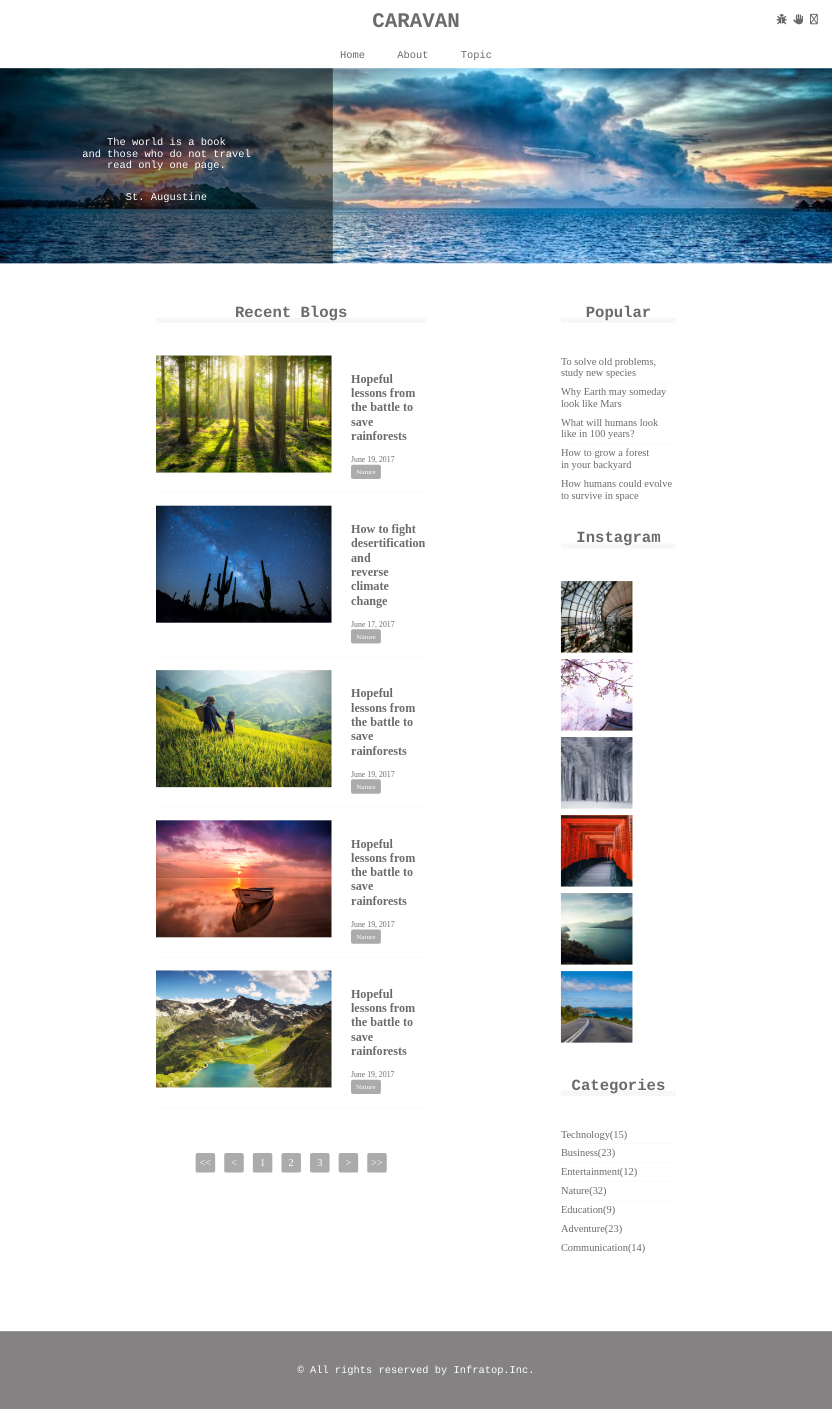
Repository: yymmyymm/review-sub1
Page: caravan/index.html
The author's editor kept a record of every edit. The page is drawn from the files as they stood at one moment, then again after the next edit.
The browser window is 1280 px wide. The pictures show the whole page, at 65% of full size.
Some web libraries are served in a nearby version.

Above is the page before.

### caravan/index.html
<!DOCTYPE html>
<html lang="ja">
  <head>
    <meta charset="UTF-8" />
    <meta name="viewport" content="width=device-width,initial-scale=1.0">
    <script src="https://kit.fontawesome.com/0855b218b3.js" crossorigin="anonymous"></script>
    <!-- CSSファイルの読み込み -->
    <link rel="stylesheet" href="style.css" />
    <title>CARAVAN</title>
  </head>

  <body>
    <!-- header -->
    <header>
      <h1 class="heading">
        <a href="index.html">
          CARAVAN
        </a>
      </h1>
      <div class="social">
        <i class="fa-solid fa-bug"></i>
        <i class="fa-solid fa-hand"></i>
        <i class="fa-regular fa-bath"></i>
      </div>

    </header>

    <!-- navigation -->
    <nav>
      <ul class="nav-list">
        <li class="nav-list-item">
          <a href="index.html">Home</a>
        </li>
        <li class="nav-list-item">About</li>
        <li class="nav-list-item">Topic</li>
      </ul>
    </nav>

    <!-- main-visual用のdiv -->
    <div class="main-visual">
      <div class="main-visual-content">
        <p class="main-visual-text">
          The world is a book<br>
          and those who do not travel<br>
          read only one page.
        </p>
        <p class="main-visual-name">
          St. Augustine
        </p>
      </div>
    </div>

    <!-- main用のdiv -->
    <main>
      <section class="blog">
        <h2 class="blog-heading">Recent Blogs</h2>

       <div class="blog-box">
          <div class="blog-item">
            <img class="blog-image" src="img/forest.jpg" />
            <section class="blog-text">
              <h3 class="blog-text-heading">
                <a href="single.html">
                  Hopeful lessons from<br>
                  the battle to save<br>
                  rainforests
                </a>
              </h3>
              <p class="blog-date">June 19, 2017</p>
              <span class="category">Nature</span>
            </section>
          </div>

          <div class="blog-item">
            <img class="blog-image" src="img/desert.jpg" />
            <section class="blog-text">
              <h3 class="blog-text-heading">
                <a href="single.html">
                  How to fight<br>
                  desertification and<br>
                  reverse climate change
                </a>
              </h3>
              <p class="blog-date">June 17, 2017</p>
              <span class="category">Nature</span>
            </section>
          </div>

          <div class="blog-item">
            <img class="blog-image" src="img/asia.jpg" />
            <section class="blog-text">
              <h3 class="blog-text-heading">
                <a href="single.html">
                  Hopeful lessons from<br>
                  the battle to save<br>
                  rainforests
                </a>
              </h3>
              <p class="blog-date">June 19, 2017</p>
              <span class="category">Nature</span>
            </section>
          </div>

           <div class="blog-item">
            <img class="blog-image" src="img/sunset.jpg" />
            <section class="blog-text">
              <h3 class="blog-text-heading">
                <a href="single.html">
                  Hopeful lessons from<br>
                  the battle to save<br>
                  rainforests
                </a>
              </h3>
              <p class="blog-date">June 19, 2017</p>
              <span class="category">Nature</span>
            </section>
          </div>

           <div class="blog-item">
            <img class="blog-image" src="img/italy.jpg" />
            <section class="blog-text">
              <h3 class="blog-text-heading">
                <a href="single.html">
                  Hopeful lessons from<br>
                  the battle to save<br>
                  rainforests
                </a>
              </h3>
              <p class="blog-date">June 19, 2017</p>
              <span class="category">Nature</span>
            </section>
          </div>
        </div>
        <div class="pagination">
          <p><<</p>
          <p><</p>
          <p>1</p>
          <p>2</p>
          <p>3</p>
          <p>></p>
          <p>>></p>
        </div>

      </section>
      <div class="sidebar"></div>
       <div class="sidebar">
        <section class="popular">
          <h2 class="popular-heading common-heading">Popular</h2>
          <div class="sidebar-contents">
            <p class="popular-text">To solve old problems,<br>study new species</p>
            <p class="popular-text">Why Earth may someday<br>look like Mars</p>
            <p class="popular-text">What will humans look<br>like in 100 years?</p>
            <p class="popular-text">How to grow a forest<br>in your backyard</p>
            <p class="popular-text">How humans could evolve<br>to survive in space</p>
          </div>
        </section>
        <section class="instagram">
          <h2 class="instagram-heading common-heading">Instagram</h2>
          <div class="sidebar-contents">
            <div class="instagram-box"></div>
            <div class="instagram-box"></div>
            <div class="instagram-box"></div>
            <div class="instagram-box"></div>
            <div class="instagram-box"></div>
            <div class="instagram-box"></div>
          </div>
        </section>
        <section class="categories">
          <h2 class="categories-heading common-heading">Categories</h2>
          <div class="sidebar-contents">
            <p class="categories-text">Technology(15)</p>
            <p class="categories-text">Business(23)</p>
            <p class="categories-text">Entertainment(12)</p>
            <p class="categories-text">Nature(32)</p>
            <p class="categories-text">Education(9)</p>
            <p class="categories-text">Adventure(23)</p>
            <p class="categories-text">Communication(14)</p>
          </div>
        </section>
      </div>

    </main>
    <!-- footer -->
    <footer>
      <p class="footer-text">© All rights reserved by Infratop.Inc.</p>
    </footer>
  </body>
</html>

### caravan/style.css
/* ブラウザがそれぞれ持っているCSSをリセットするための記述 */
* {
  margin: 0;
  padding: 0;
  box-sizing: border-box;
  color: #6c6b6b;
}

a {
  text-decoration: none;
}

header, nav, h2, .main-visual, footer {
  font-family: Chalkduster, "Bradley Hand", Courier, "Segoe Print", sans-serif;
}

header {
  width: 90%; /* 横幅90% */
  padding: 15px 0;
  margin: 0 auto;
  text-align: center;
}

.social{
  display: inline-block;
  margin-left: 20px;
  position: absolute;
  top: 22px;
  right: 22px;
}

header .heading {
  /* headerタグ内のheadingクラスにのみ反映される */
  font-size: 32px;
}

.nav-list {
  text-align: center;
  padding: 10px 0;
  margin: 0 auto;
}

.nav-list-item {
  list-style: none;
  display: inline-block;
  margin: 0 20px;
}

.main-visual {
  width: 100%; /* 横幅いっぱい */
  height: 300px; /* 高さ300px */
  background-image: url(img/mv.jpg);
  background-size: cover; /* 縦横比を維持したまま背景領域を埋め尽くす */
  background-position: center; /* 背景画像を中央に配置 */
}

.main-visual-content {
  width: 40%; /* 横幅40% */
  height: 300px; /* 親の高さに揃える */
  background-color: rgba(0, 0, 0, 0.5); /* 背景色を半透明の黒にする */
  text-align: center; /* 文字を中央揃えにする */
  padding-top: 105px; /* 上側の内側余白で垂直方向の位置を調整 */
}

.main-visual-text {
  color: #fff; /* 文字色を白に変更 */
}

.main-visual-name {
  margin-top: 30px; /* 上側の外側の余白 */
  color: #fff; /* 文字色を白に変更 */
}

main {
  width: 800px; /* 横幅800px */
  display: flex; /* Flexboxの利用 */
  justify-content: center; /* 要素の横並び・中央寄せ */
  margin: 0 auto; /* 要素の中央揃え */
  padding: 70px 0; /* 上下に70px、左右に0pxの内側余白 */
}

.blog {
  width: 540px;
  margin-right: 30px; /* 領域の右側余白 */
}

.blog-heading {
  border-bottom: 8px solid #f7f7f7;
  text-align: center;
  line-height: 0.6;
}

.blog-box{
  padding-top: 50px;

}

.blog-item{
  padding-bottom: 20px;
  margin-bottom: 20px;
  border-bottom: 1px solid #f7f7f7;
  display: flex;
  justify-content:flex-start;
}

.blog-image{
  height: 180px;
}

.blog-text{
  padding: 25Px 0 0 30px;
}

.blog-text-heading{
  padding-bottom: 15px;
}

.blog-date{
  font-size: 12px;
  display:inline-block;
}

.category {
  display: inline-block;
  padding: 5px 8px;
  background-color: #acabab;
  border-radius: 3px;
  color: #fff;
  font-size: 11px;
}

.pagination {
  text-align: center;
  padding-top: 50px;
}

.pagination p {
  display: inline-block;
  width: 30px;
  height: 30px;
  margin: 0 5px;
  color: #fff;
  background-color: #acabab;
  border-radius: 3px;
  line-height: 30px;
}

.sidebar {
  width: 230px;
}

.common-heading {
  border-bottom: 8px solid #f7f7f7;
  text-align: center;
  line-height: 0.6;
}

.sidebar-contents {
  padding: 50px 0;
}

.popular-text,
.categories-text {
  padding-bottom: 5px;
  border-bottom: 1px solid #f7f7f7;
  margin-bottom: 5px;
}

.popular-text:last-child,
.categories-text:last-child {
  margin: 0;
  padding: 0;
  border: none;
}

.instagram .sidebar-contents {
  display: flex;
  flex-wrap: wrap;
}

.instagram-box {
  width: 110px;
  padding-top: 110px;
  background-size: cover;
  background-position: center;
  margin-bottom: 10px;
}

.instagram-box:nth-child(odd) {
  margin: 0 10px 10px 0;
}

.instagram-box:nth-child(1) {
  background-image: url(img/airport.jpg);
}

.instagram-box:nth-child(2) {
  background-image: url(img/japan.jpg);
}

.instagram-box:nth-child(3) {
  background-image: url(img/snow.jpg);
}

.instagram-box:nth-child(4) {
  background-image: url(img/japan2.jpg);
}

.instagram-box:nth-child(5) {
  background-image: url(img/lake.jpg);
}

.instagram-box:nth-child(6) {
  background-image: url(img/road.jpg);
}

footer {
  width: 100%;
  height: 120px;
  text-align: center;
  line-height: 120px;
  background-color: #848282;
}

.footer-text {
  color: #fff;
}

@media screen and (max-width: 425px) {
  header {
    width: 100%;
  }

  .nav-list {
    width: 100%;
  }

  .nav-list-item {
    width: 100%;
    margin: 0 0 10px 0;
  }

  .social {
    display: none;
  }

  .main-visual-content {
    width: 100%;
  }

  main {
    width: 100%;
    display: block;
  }

  .blog {
    width: 100%;
    margin: 0;
  }

  .blog-box {
    padding-left: 2%;
    padding-right: 2%;
  }

  .blog-image {
    width: 49%;
  }

  .blog-text {
    width: 49%;
    padding-top: 5px;
  }

  .sidebar {
    width: 100%;
  }

  .sidebar-contents {
    padding-left: 3%;
    padding-right: 3%;
  }

  .instagram-box {
    width: 48%;
    padding-top: 48%;
  }

  .instagram-box:nth-child(odd) {
    margin-right: 4%;
  }

  .pagination {
    margin-bottom: 50px;
  }
}

After the next edit:
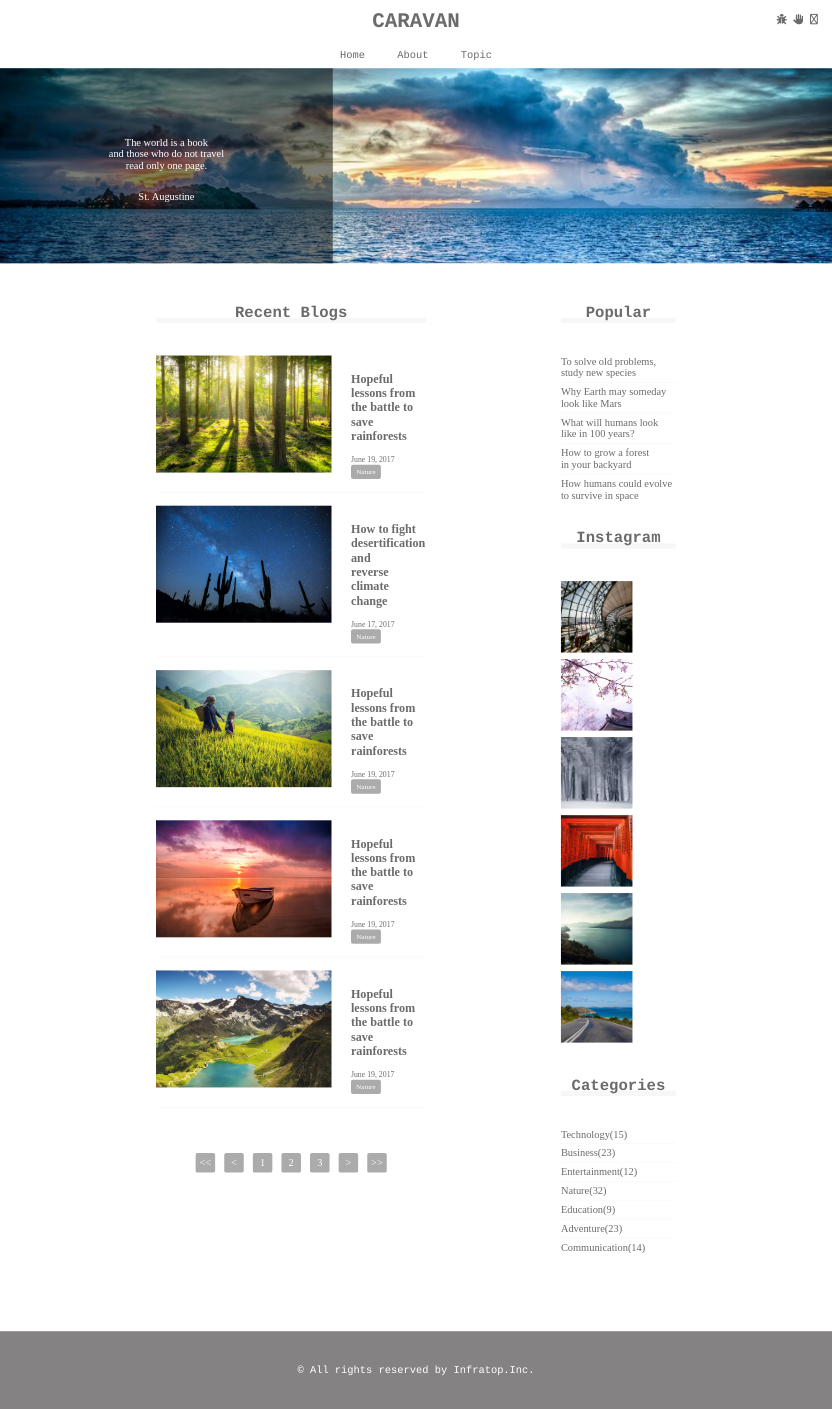
The edit:
--- a/caravan/style.css
+++ b/caravan/style.css
@@ -10,7 +10,7 @@
   text-decoration: none;
 }
 
-header, nav, h2, .main-visual, footer {
+header, nav, h2, .mah1in-visual, footer {
   font-family: Chalkduster, "Bradley Hand", Courier, "Segoe Print", sans-serif;
 }
 
